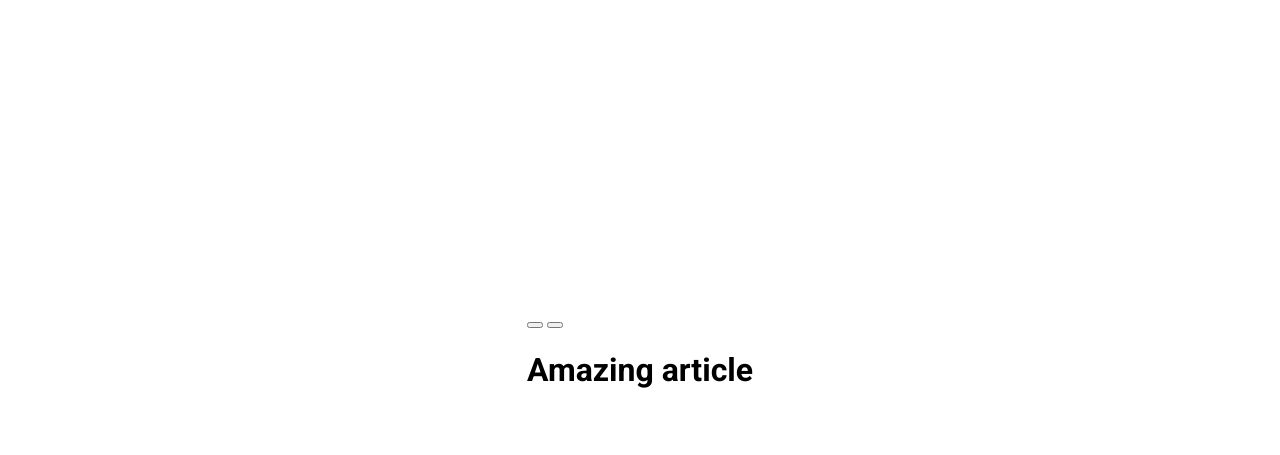
Repository: thecoachanna/rotating-navbar
Page: index.html
An editor plug-in stored every save of this project. The page is shown before and after the next save, followed by the edit.
The browser window is 1280 px wide. The pictures show the whole page.
Some web fonts or font styles are not loaded; a fallback is used.

Above is the page before, as saved 2023-02-16 08:46:00.

### index.html
<!DOCTYPE html>
<html lang="en">
<head>
    <meta charset="UTF-8">
    <meta http-equiv="X-UA-Compatible" content="IE=edge">
    <meta name="viewport" content="width=device-width, initial-scale=1.0">
    <link rel="stylesheet" href="style.css">
    <title>Rotating Navigation</title>
</head>
<body>
    <div class="container">
        <div class="circle-container">
            <div class="circle">
                <button id="close">
                    <i class="fas fa-times"></i>
                </button>
                <button id="open">
                    <i class="fas fa-times"></i>
                </button>
            </div>
        </div>
        <div class="content">
            <h1>Amazing article</h1>
            <small></small>
        </div>
    </div>
    <script src="script.js"></script>
</body>
</html>

### style.css
@import url('https://fonts.googleapis.com/css2?family=Inter:wght@400;600;700&family=Lato:wght@100&family=Oswald:wght@700&family=Outfit&family=Poiret+One&family=Roboto:wght@400;700&display=swap');


* {
    box-sizing: border-box;
}

body {
    font-family: 'Roboto', sans-serif;
    display: flex;
    flex-direction: column;
    align-items: center;
    justify-content: center;
    height: 100vh;
    overflow: hidden;
    margin: 0;
}

Loaded but not shown: script.js (no copy from this time; the picture is the same without it)

After the next save:
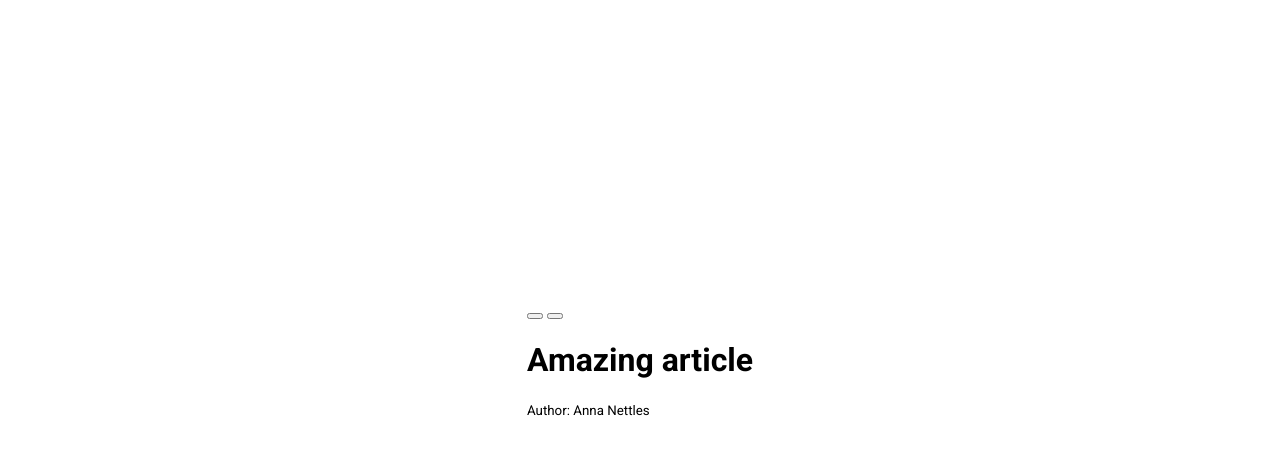
Saved 5 s later.
--- a/index.html
+++ b/index.html
@@ -21,7 +21,7 @@
         </div>
         <div class="content">
             <h1>Amazing article</h1>
-            <small></small>
+            <small>Author: Anna Nettles</small>
         </div>
     </div>
     <script src="script.js"></script>
